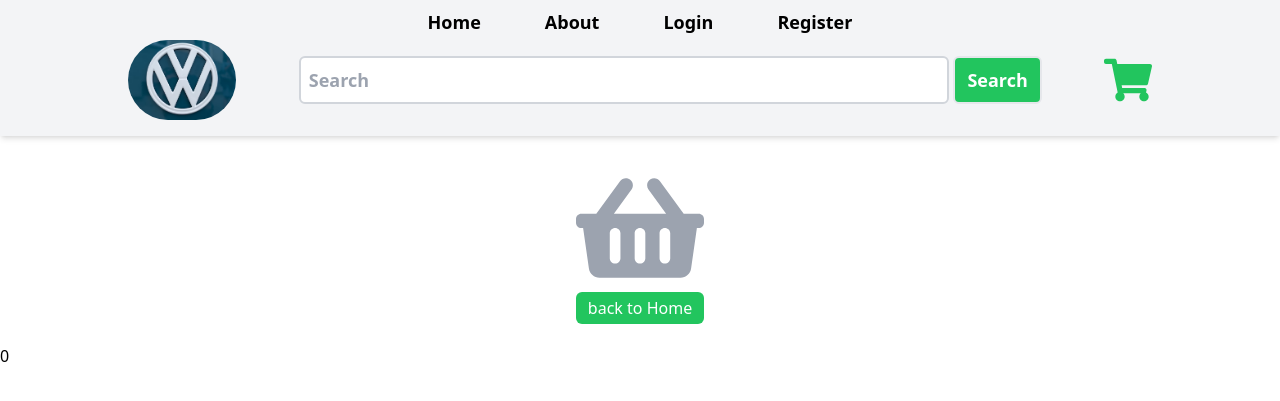
Repository: kimhieu153255/ShopDemoFE
Page: /user/cart
These files come from the project's save history. The page is drawn as it stood at one moment and after the next save; the edit follows.
The browser window is 1280 px wide. The pictures show the whole page.
The project was rebuilt for these pictures with package versions that can differ from the ones it lists, and the page was loaded fresh each time. Also part of the build but not shown: src/Pages/Home.jsx, src/Pages/About.jsx, src/Pages/LoginUser.jsx, src/helpers/helper.js, src/Pages/RegisterUser.jsx, src/Pages/ErrorPage.jsx, src/Components/Sidebar/SidebarUser.jsx, src/Pages/Infomation.jsx and 18 more.

Above is the page before, as saved 2023-08-04 23:07:07.

After the next save:
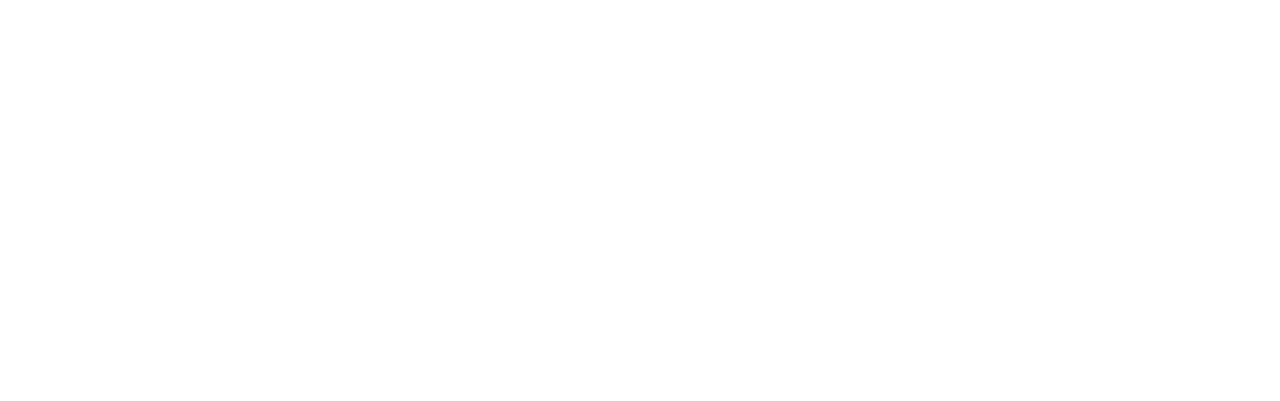
Console error: TypeError: loadData is not a function
Saved 33 s later.
--- a/src/Pages/Cart.jsx
+++ b/src/Pages/Cart.jsx
@@ -1,7 +1,11 @@
+import { useContext } from "react";
 import CartList from "../Components/Cart/CartList";
 import Payment from "../Components/Cart/Payment";
+import { CartContext } from "../Components/Contexts/CartContext";
 
 const Cart = () => {
+  const { loadData } = useContext(CartContext);
+  loadData();
   return (
     <div className="flex flex-col min-w-max mb-5">
       <CartList></CartList>

After the 4 saves that followed:
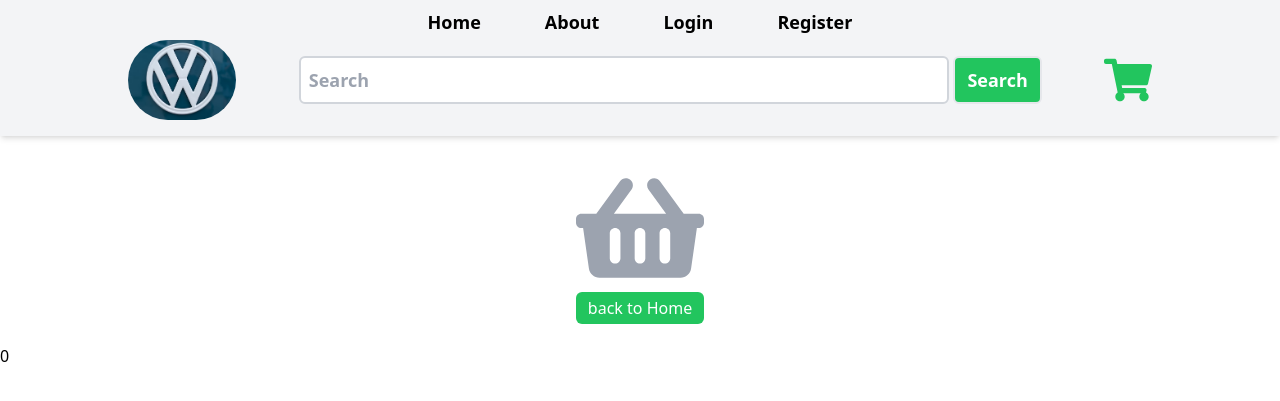
The error is gone.
The 4 saves are shown as one change because 2 left the picture as it was and some came seconds apart.
The last was saved 47 s later.
--- a/src/Pages/Cart.jsx
+++ b/src/Pages/Cart.jsx
@@ -1,11 +1,7 @@
-import { useContext } from "react";
 import CartList from "../Components/Cart/CartList";
 import Payment from "../Components/Cart/Payment";
-import { CartContext } from "../Components/Contexts/CartContext";
 
 const Cart = () => {
-  const { loadData } = useContext(CartContext);
-  loadData();
   return (
     <div className="flex flex-col min-w-max mb-5">
       <CartList></CartList>
